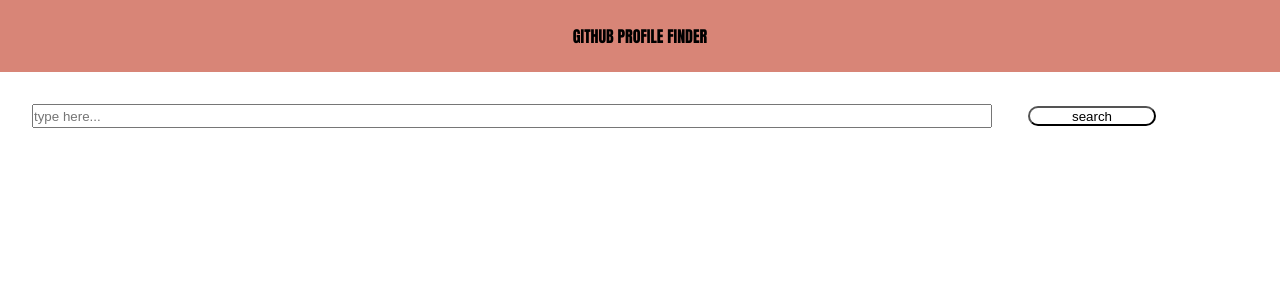
Repository: nilesjamex/githubprofilefinder
Page: index.html
An editor plug-in stored every save of this project. The page is shown before and after the next save, followed by the edit.
The browser window is 1280 px wide. The pictures show the whole page.

Above is the page before, as saved 2020-11-18 22:57:19.

### index.html
<!DOCTYPE html>
<html lang="en">
<head>
    <meta charset="UTF-8">
    <meta name="viewport" content="width=device-width, initial-scale=1.0">
    <meta http-equiv="X-UA-Compatible" content="IE=7">
    <meta name="description" content="github profile finder niles egbaidomeh">
    <link rel="stylesheet" href="./styles.css">
    <link rel="preconnect" href="https://fonts.gstatic.com">
    <link href="https://fonts.googleapis.com/css2?family=Anton&family=Roboto+Condensed:ital,wght@0,700;1,300&display=swap" rel="stylesheet">
    <title>Github Profile Finder</title>
</head>
<body>
  <nav>
      <div class="nav-text">
          GITHUB PROFILE FINDER
      </div>
  </nav>
  <section>
      <div>
          <form method="get">
              <input type="text" name="" placeholder="type here..." id="" size="70%">
              <input type="submit" value="search">
          </form>
      </div>
      <div class="api-container">

      </div>
  </section>
</body>
</html>

### styles.css
*{
    margin: 0;
    padding: 0;
    box-sizing: border-box;
}
nav{
    min-height: 10vh;
    background-color: #d88577;
    display: flex;
    justify-content: center;
    align-items: center;
}
.nav-text{
    font-family: 'Anton', sans-serif;
}
input[type=text]{
    width: 75%;
    margin: 2rem;
    height: 1.5rem;
}
input[type=submit]{
    width: 10%;
    border-radius: 40px;
    background: transparent;
    height: 1.3rem;
}
input[type=submit]:hover{
    background-color: #d88577;
}

After the next save:
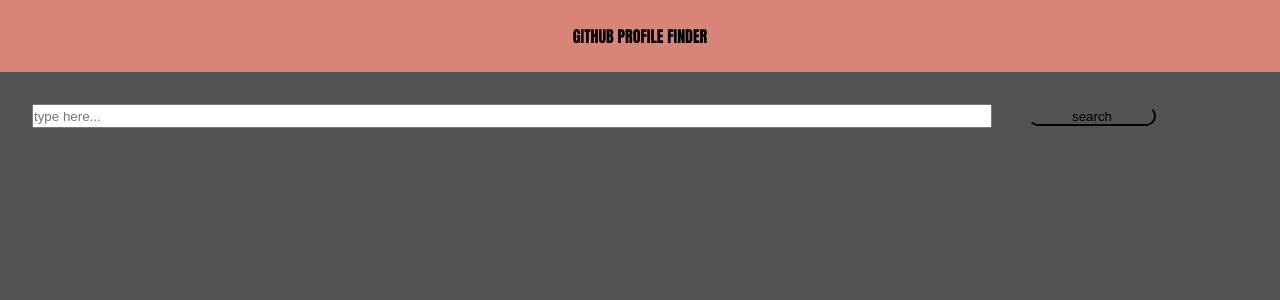
Saved 2 min 9 s later.
--- a/styles.css
+++ b/styles.css
@@ -2,6 +2,9 @@
     margin: 0;
     padding: 0;
     box-sizing: border-box;
+}
+body{
+    background-color: #525252;
 }
 nav{
     min-height: 10vh;

After the save that followed:
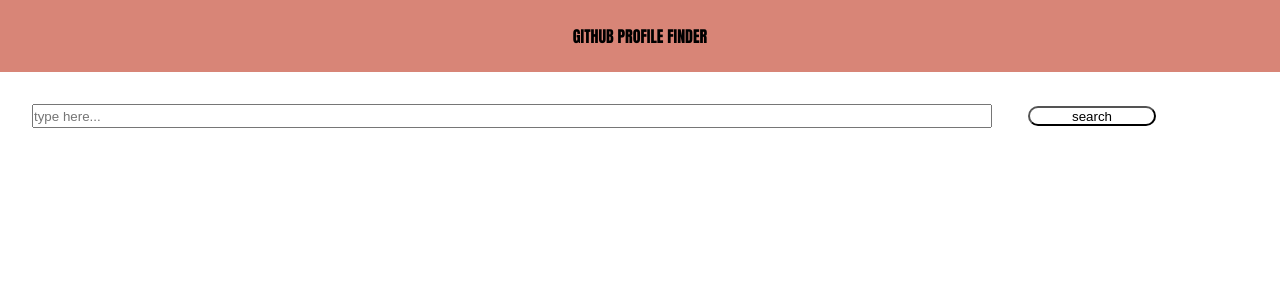
Saved 48 s later.
--- a/styles.css
+++ b/styles.css
@@ -2,9 +2,6 @@
     margin: 0;
     padding: 0;
     box-sizing: border-box;
-}
-body{
-    background-color: #525252;
 }
 nav{
     min-height: 10vh;
